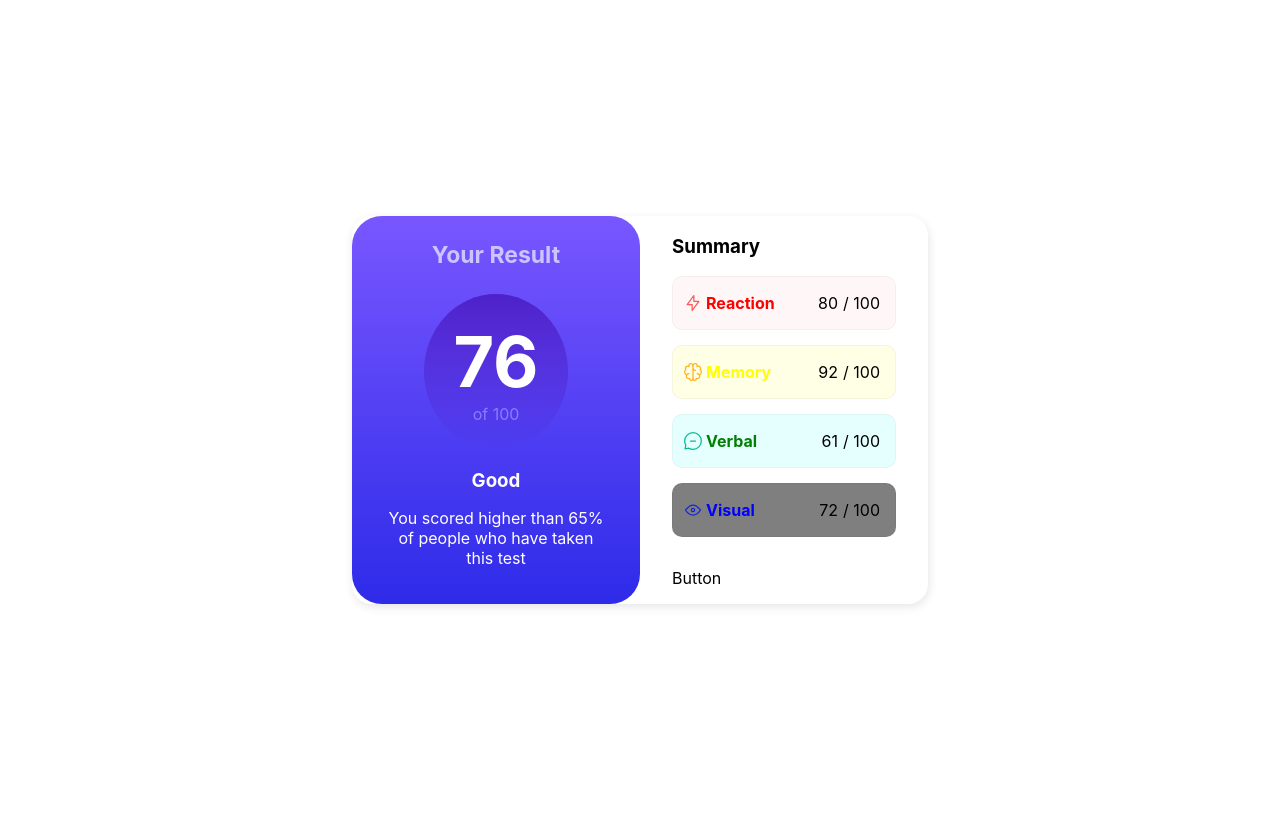
Repository: JeanPaulBassil/Result-Summary-Design
Page: /
An editor plug-in stored every save of this project. The page is shown before and after a run of saves, followed by the edit.
The browser window is 1280 px wide. The pictures show the whole page.
The project was rebuilt for these pictures with package versions that can differ from the ones it lists, and the page was loaded fresh each time.

Above is the page before, as saved 2023-02-24 18:07:33.

After the next 2 saves:
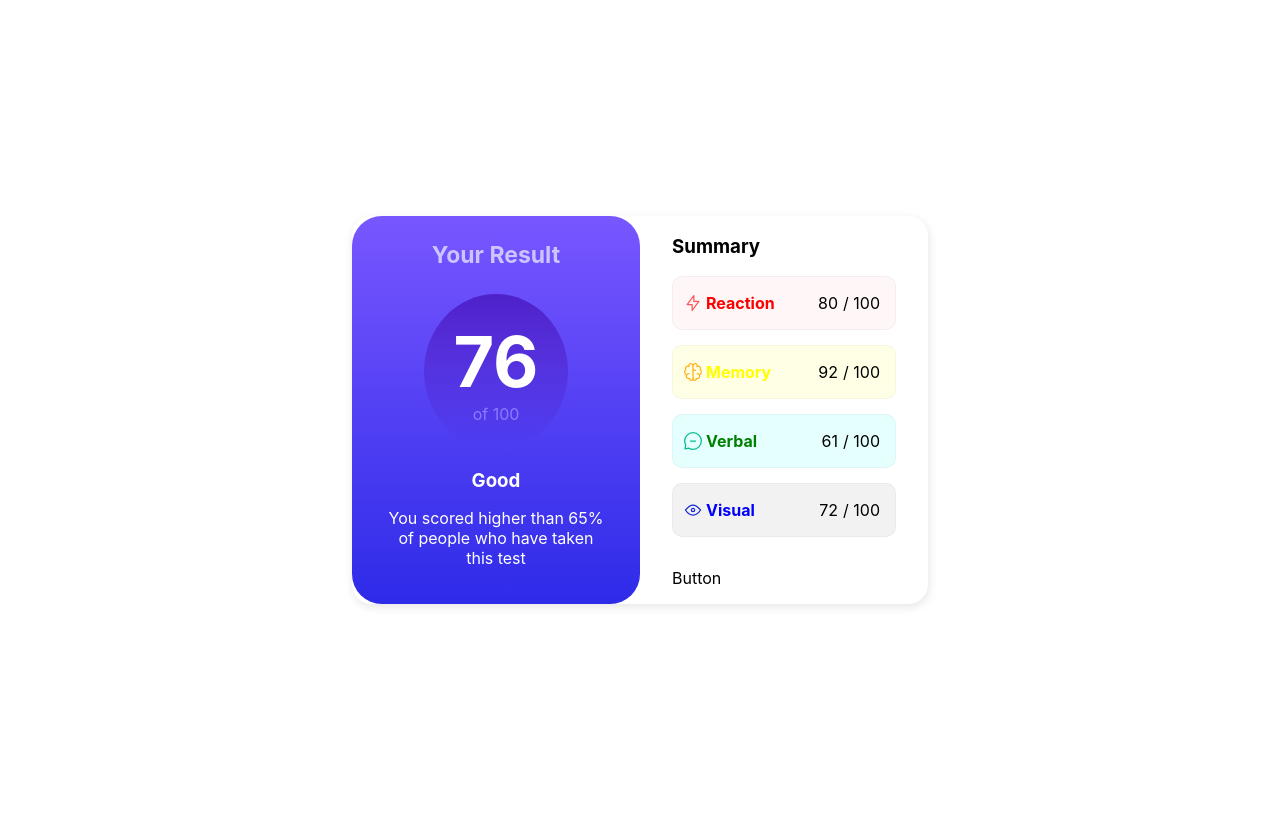
The 2 saves are shown as one change because they came seconds apart.
The last was saved 7 s later.
--- a/src/Components/Summary/Summary.css
+++ b/src/Components/Summary/Summary.css
@@ -61,7 +61,7 @@
 }
 
 .blue {
-    background-color: rgba(0, 0, 0, 0.5);
+    background-color: rgba(0, 0, 0, 0.05);
 }
 
 .blue > div > h4 {
